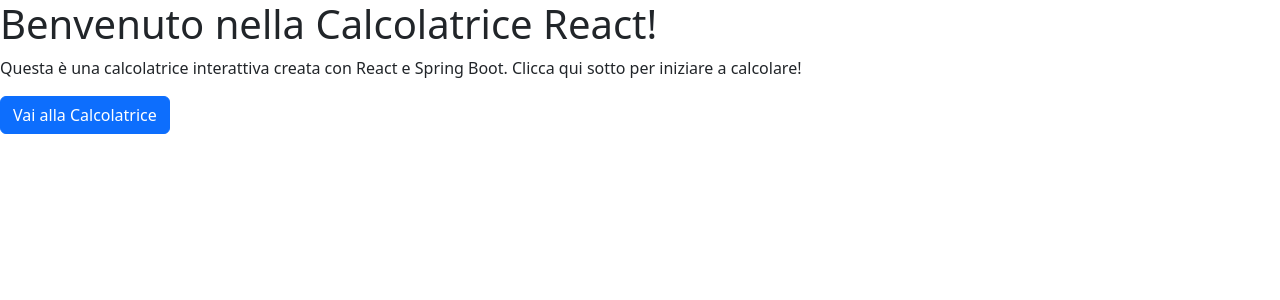
Repository: Probyte5D/Calcolatrice-FullStack
Page: / (app in frontend/)
These files come from the project's save history. The page is drawn as it stood at one moment and after a run of saves; the edit follows.
The browser window is 1280 px wide. The pictures show the whole page.
The project was rebuilt for these pictures with package versions that can differ from the ones it lists, and the page was loaded fresh each time. A package was used in the major version that the imports need, not the one package.json lists. Also part of the build but not shown: frontend/src/App.css, frontend/src/components/Calculator.js.

Above is the page before, as saved 2025-04-19 16:48:04.

### frontend/src/index.js
import React from 'react';
import ReactDOM from 'react-dom/client';
import './index.css';
import App from './App';

import 'bootstrap/dist/css/bootstrap.min.css';


const root = ReactDOM.createRoot(document.getElementById('root'));
root.render(
  <React.StrictMode>
    <App />
  </React.StrictMode>
);

### frontend/src/App.js

import React from 'react';
import { BrowserRouter as Router, Route, Switch } from 'react-router-dom';

import './App.css';
import Calculator from './components/Calculator'; // Assicurati che il percorso sia corretto
import HomePage from './components/HomePage';

function App() {
  return (
    <Router>
    <Switch>
      <Route exact path="/" component={HomePage} />
      <Route path="/calculator" component={Calculator} />
    </Switch>
  </Router>
  );
}

export default App;

### frontend/src/components/HomePage.js
import React from 'react';
import { useHistory } from 'react-router-dom'; // Usato per navigare tra le pagine

function HomePage() {
  const history = useHistory();

  const goToCalculator = () => {
    history.push('/calculator'); // Naviga verso la calcolatrice
  };

  return (
    <div className="home-page">
      <h1>Benvenuto nella Calcolatrice React!</h1>
      <p>
        Questa è una calcolatrice interattiva creata con React e Spring Boot.
        Clicca qui sotto per iniziare a calcolare!
      </p>
      <button className="btn btn-primary" onClick={goToCalculator}>
        Vai alla Calcolatrice
      </button>
    </div>
  );
}

export default HomePage;

### frontend/src/components/Calculator.css
/* Calculator.css */

/* Stile principale della calcolatrice */
.calculator {
  background-color: #2d2d2d; /* Sfondo scuro */
  border-radius: 10px;
  padding: 20px;
  box-shadow: 0 4px 10px rgba(0, 0, 0, 0.3);
}

/* Colore del display (campo di input) */
.calculator input {
  background-color: #1e1e1e;
  color: #fff;
  font-size: 2rem;
  border: none;
  border-radius: 5px;
  padding: 10px;
  text-align: right;
}

/* Stile per i pulsanti */
.btn {
  font-size: 1.2rem;
  font-weight: bold;
  border-radius: 5px;
  transition: all 0.3s ease;
}

.btn-light {
  background-color: #3a3a3a;
  color: #fff;
}

.btn-light:hover {
  background-color: #575757;
}

.btn-warning {
  background-color: #f39c12;
  color: #fff;
}

.btn-warning:hover {
  background-color: #e67e22;
}

.btn-danger {
  background-color: #e74c3c;
  color: #fff;
}

.btn-danger:hover {
  background-color: #c0392b;
}

.btn-success {
  background-color: #2ecc71;
  color: #fff;
}

.btn-success:hover {
  background-color: #27ae60;
}

/* Layout dei tasti con uno spazio tra di loro */
.d-grid {
  gap: 10px;
}

/* Pulsanti di numeri e operatori */
.d-flex button {
  width: 60px;
  height: 60px;
  font-size: 1.5rem;
  border-radius: 8px;
  border: 2px solid transparent;
}

.d-flex button:active {
  transform: scale(0.95);
}

/* Colore dell'errore */
.alert-danger {
  background-color: #e74c3c;
  color: #fff;
  font-weight: bold;
}

/* Effetto hover sui tasti */
.d-flex button:hover {
  transform: scale(1.1);
  box-shadow: 0 2px 5px rgba(0, 0, 0, 0.2);
}

Loaded but not shown: frontend/public/index.html (common file); frontend/src/index.css (common file)

After the next 5 saves:
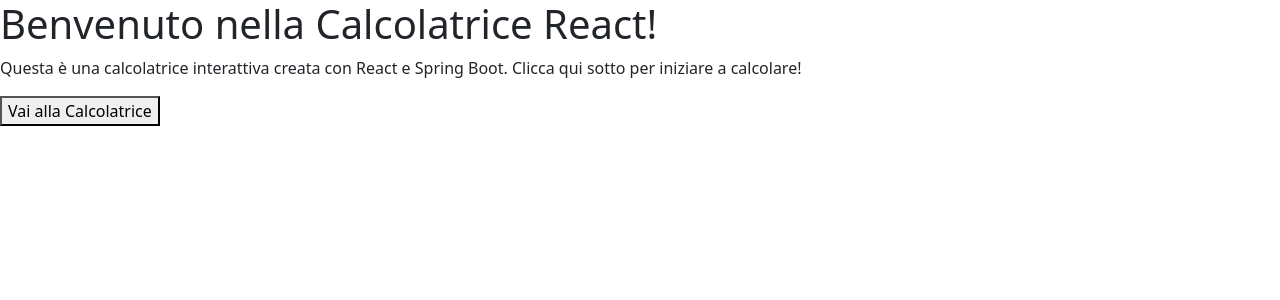
The 5 saves are shown as one change because 4 did not build or start.
The last was saved 2 min 20 s later.
--- a/frontend/src/App.js
+++ b/frontend/src/App.js
@@ -1,18 +1,17 @@
-
 import React from 'react';
-import { BrowserRouter as Router, Route, Switch } from 'react-router-dom';
-
+import { BrowserRouter as Router, Route, Routes } from 'react-router-dom';
 import './App.css';
 import Calculator from './components/Calculator'; // Assicurati che il percorso sia corretto
-import HomePage from './components/HomePage';
+import HomePage from './components/HomePage'; // Assicurati che il percorso sia corretto
 
 function App() {
   return (
     <Router>
-    <Switch>
-      <Route exact path="/" component={HomePage} />
-      <Route path="/calculator" component={Calculator} />
-    </Switch>
+    <Routes>
+      {/* Usando 'element' invece di 'component' */}
+      <Route path="/" element={<HomePage />} />
+      <Route path="/calculator" element={<Calculator />} />
+    </Routes>
   </Router>
   );
 }
--- a/frontend/src/components/HomePage.js
+++ b/frontend/src/components/HomePage.js
@@ -1,11 +1,13 @@
 import React from 'react';
-import { useHistory } from 'react-router-dom'; // Usato per navigare tra le pagine
+
+
+import { useNavigate } from 'react-router-dom';
 
 function HomePage() {
-  const history = useHistory();
+  const navigate = useNavigate();  // usa useNavigate
 
-  const goToCalculator = () => {
-    history.push('/calculator'); // Naviga verso la calcolatrice
+  const handleClick = () => {
+    navigate('/calculator');  // Navigazione con useNavigate
   };
 
   return (
@@ -15,9 +17,9 @@
         Questa è una calcolatrice interattiva creata con React e Spring Boot.
         Clicca qui sotto per iniziare a calcolare!
       </p>
-      <button className="btn btn-primary" onClick={goToCalculator}>
-        Vai alla Calcolatrice
-      </button>
+      <button onClick={handleClick}>Vai alla Calcolatrice</button>
+
+
     </div>
   );
 }
